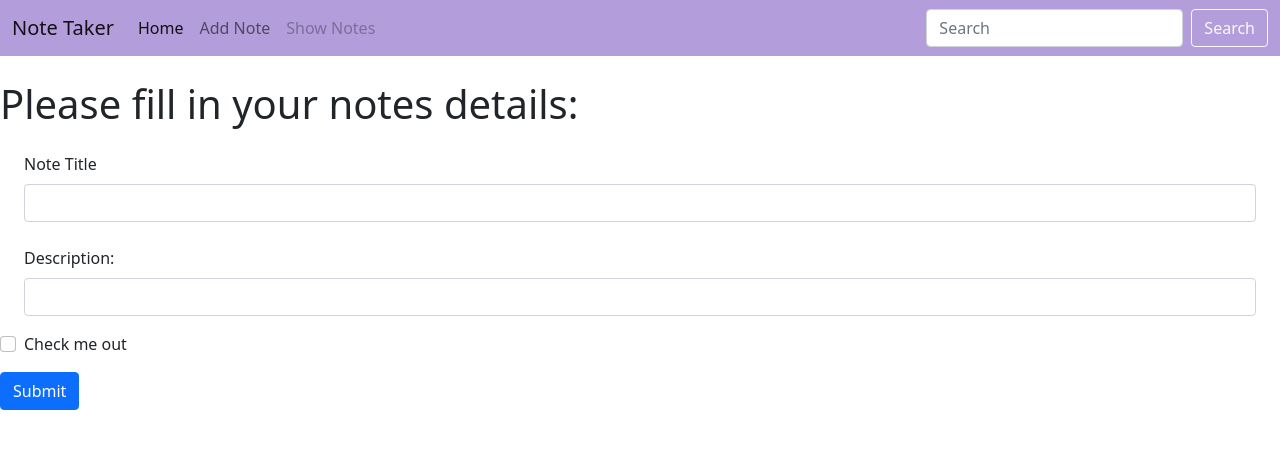
Repository: Tanmoy4672/Hibernate
Page: http://localhost/NoteTaker/add_notes.jsp
An editor plug-in stored every save of this project. The page is shown before and after the next save, followed by the edit.
The browser window is 1280 px wide. The pictures show the whole page.
The page is served by Tomcat 9.

Above is the page before, as saved 2021-12-16 06:19:03.

After the next save:
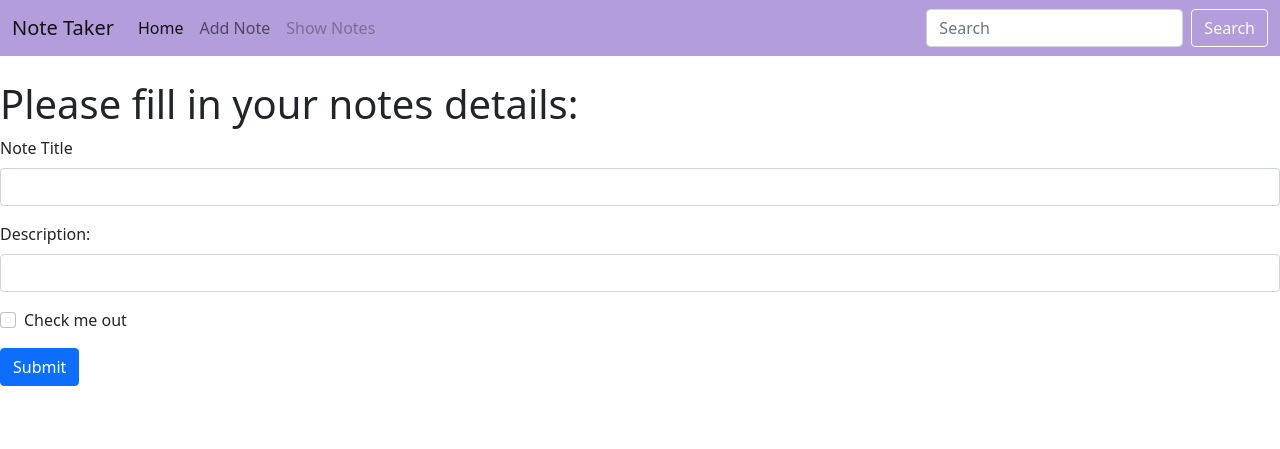
Saved 21 s later.
--- a/NoteTaker/src/main/webapp/add_notes.jsp
+++ b/NoteTaker/src/main/webapp/add_notes.jsp
@@ -17,13 +17,13 @@
 <h1>Please fill in your notes details:</h1>
 	<!-- This is add notes form -->
 	<form action="SaveNoteServlet" method="POST">
-		<div class="mb-3 m-4">
+		<div class="mb-3 m-8">
 			<label for="exampleInputEmail1" class="form-label">Note Title</label>
 			 <input type="text" class="form-control"
 				id="exampleInputEmail1" aria-describedby="emailHelp">
 
 		</div>
-		<div class="mb-3 m-4">
+		<div class="mb-3 m-8">
 			<label for="exampleInputPassword1" class="form-label">Description:</label>
 			<input type="text" class="form-control"
 				id="exampleInputPassword1">

After the save that followed:
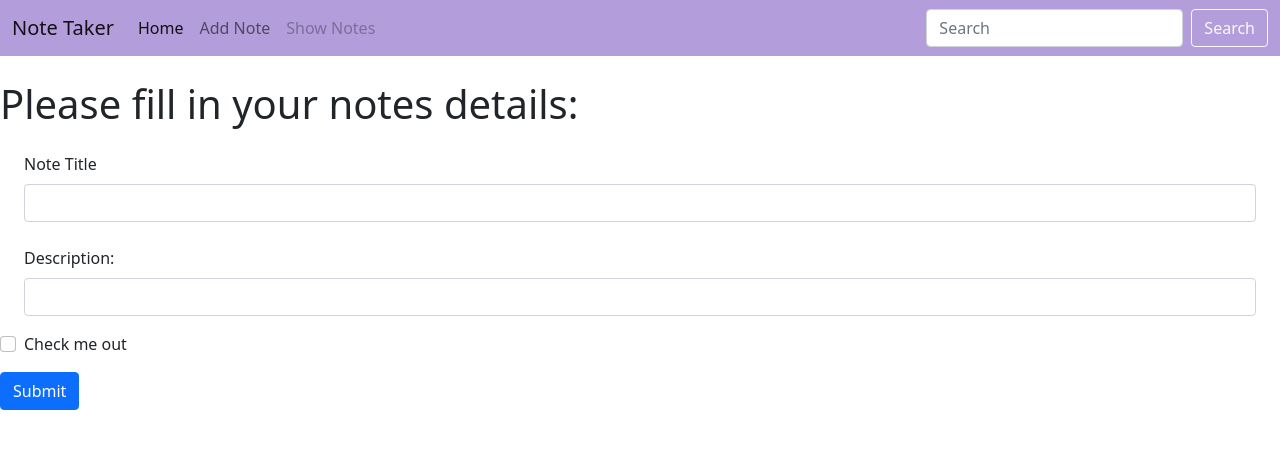
Saved 11 s later.
--- a/NoteTaker/src/main/webapp/add_notes.jsp
+++ b/NoteTaker/src/main/webapp/add_notes.jsp
@@ -17,13 +17,13 @@
 <h1>Please fill in your notes details:</h1>
 	<!-- This is add notes form -->
 	<form action="SaveNoteServlet" method="POST">
-		<div class="mb-3 m-8">
+		<div class="mb-3 m-4">
 			<label for="exampleInputEmail1" class="form-label">Note Title</label>
 			 <input type="text" class="form-control"
 				id="exampleInputEmail1" aria-describedby="emailHelp">
 
 		</div>
-		<div class="mb-3 m-8">
+		<div class="mb-3 m-4">
 			<label for="exampleInputPassword1" class="form-label">Description:</label>
 			<input type="text" class="form-control"
 				id="exampleInputPassword1">
